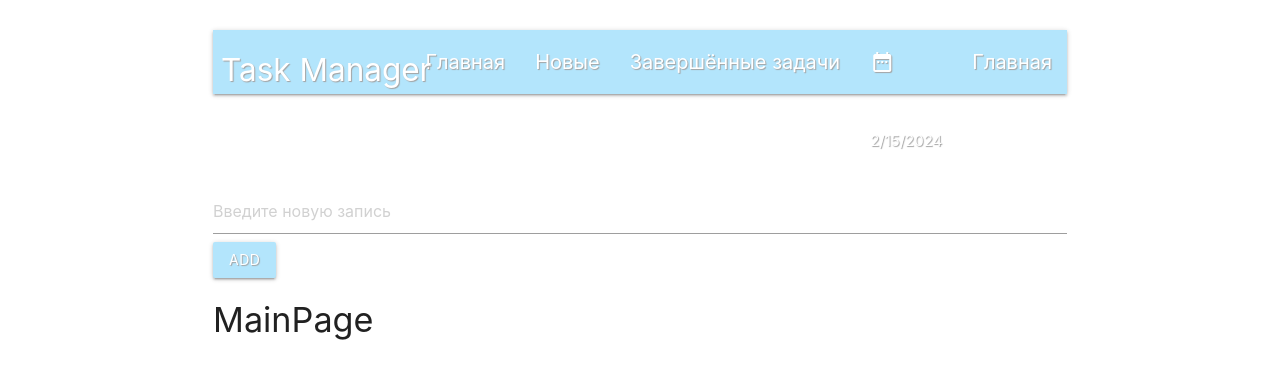
Repository: iveivs/myReactTaskManager
Page: /
An editor plug-in stored every save of this project. The page is shown before and after a run of saves, followed by the edit.
The browser window is 1280 px wide. The pictures show the whole page.
The project was rebuilt for these pictures with package versions that can differ from the ones it lists, and the page was loaded fresh each time. Also part of the build but not shown: vite.config.js, src/components/DoneTasks.jsx, src/components/NewTasks.jsx.

Above is the page before, as saved 2024-02-15 10:39:37.

After the next 3 saves:
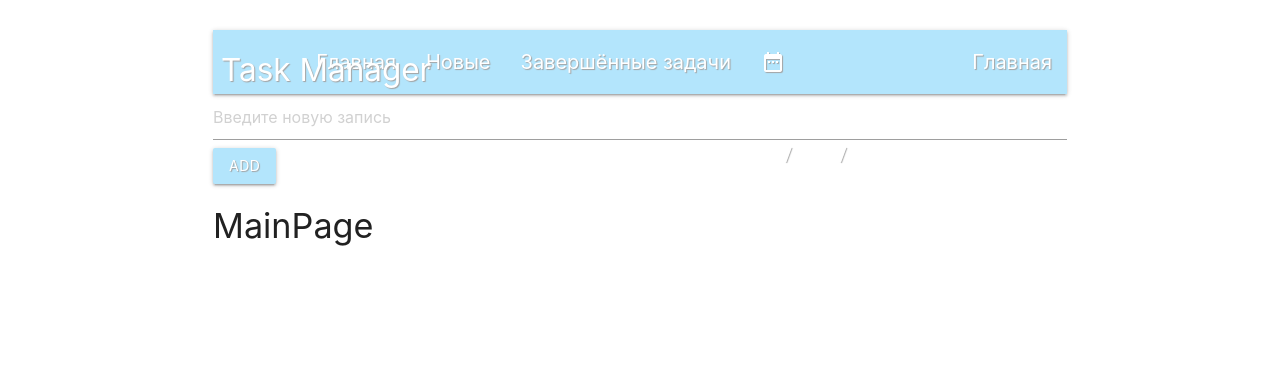
The 3 saves are shown as one change because they came seconds apart.
The last was saved 4 h 26 min later.
--- a/src/components/DateElement.jsx
+++ b/src/components/DateElement.jsx
@@ -6,8 +6,8 @@
     useEffect
     return (
         <>
-            <i className="material-icons">date_range</i>
-            <p>{now.toLocaleDateString()}</p>
+            <i className="material-icons">date_range <p>{now.toLocaleDateString()}</p> </i>
+
 
         </>
     )

After the 3 saves that followed:
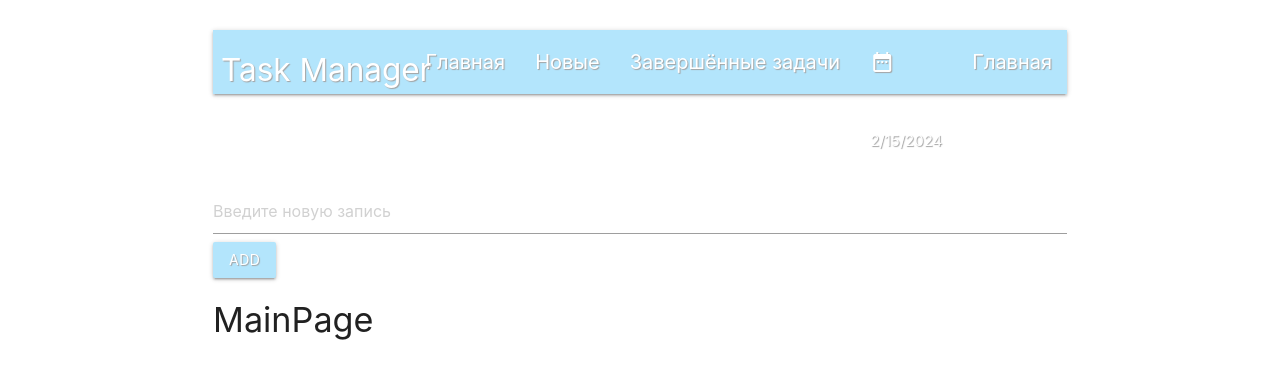
The 3 saves are shown as one change because 1 did not build or start and 1 left the picture as it was.
The last was saved 34 s later.
--- a/src/components/DateElement.jsx
+++ b/src/components/DateElement.jsx
@@ -6,8 +6,8 @@
     useEffect
     return (
         <>
-            <i className="material-icons">date_range <p>{now.toLocaleDateString()}</p> </i>
-
+            <i className="material-icons">date_range</i>
+            <p>{now.toLocaleDateString()}</p>
 
         </>
     )
